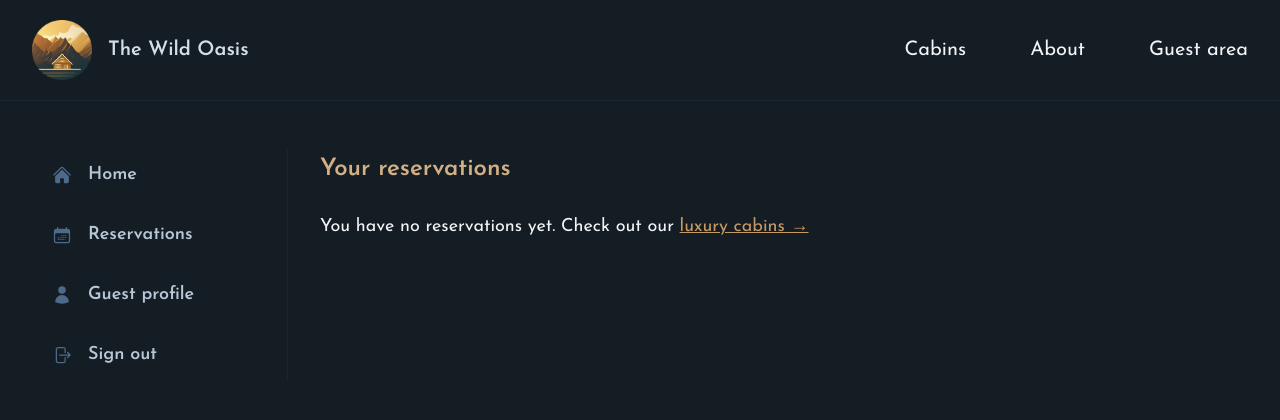
Repository: hyready/Next
Page: /account/reservations
The author's editor kept a copy of each file at every save. The page is drawn from the files as they stood at one save, then again after the next save.
The browser window is 1280 px wide. The pictures show the whole page.
The project was rebuilt for these pictures with package versions that can differ from the ones it lists, and the page was loaded fresh each time. The framework's server and built-in components were replaced by stand-ins that run in the browser. Also part of the build but not shown: next.config.mjs, app/_components/DeleteReservation.js, app/_components/ReservationCard.js.

Above is the page before, as saved 2025-01-06 16:00:34.

After the next save:
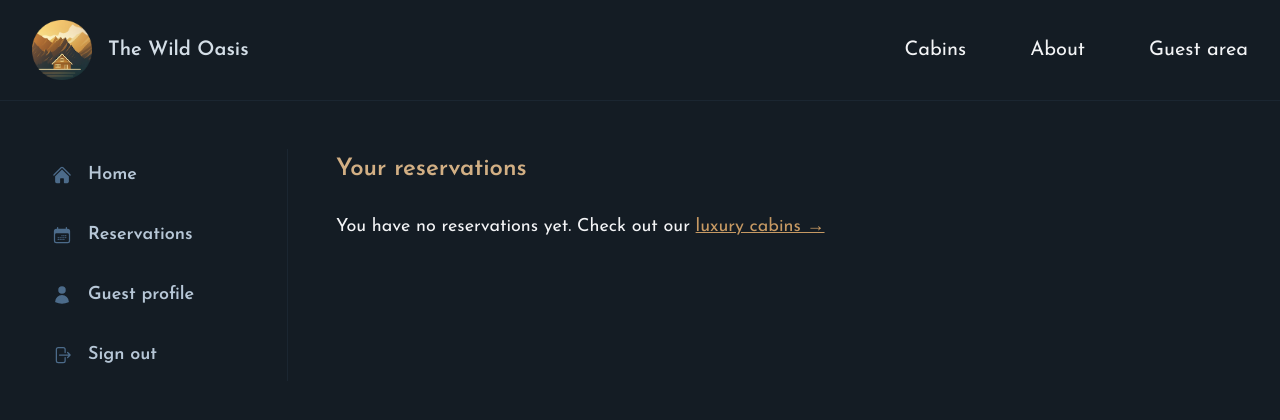
Saved 12 s later.
--- a/app/account/layout.js
+++ b/app/account/layout.js
@@ -2,7 +2,7 @@ import SideNavigation from '../_components/SideNavigation'
 
 export default function Layout({ children }) {
   return (
-    <div className='grid grid-cols-[16rem_1fr] gap-8'>
+    <div className='grid grid-cols-[16rem_1fr] gap-12'>
       <SideNavigation />
       <main className='py-1'>{children}</main>
     </div>
